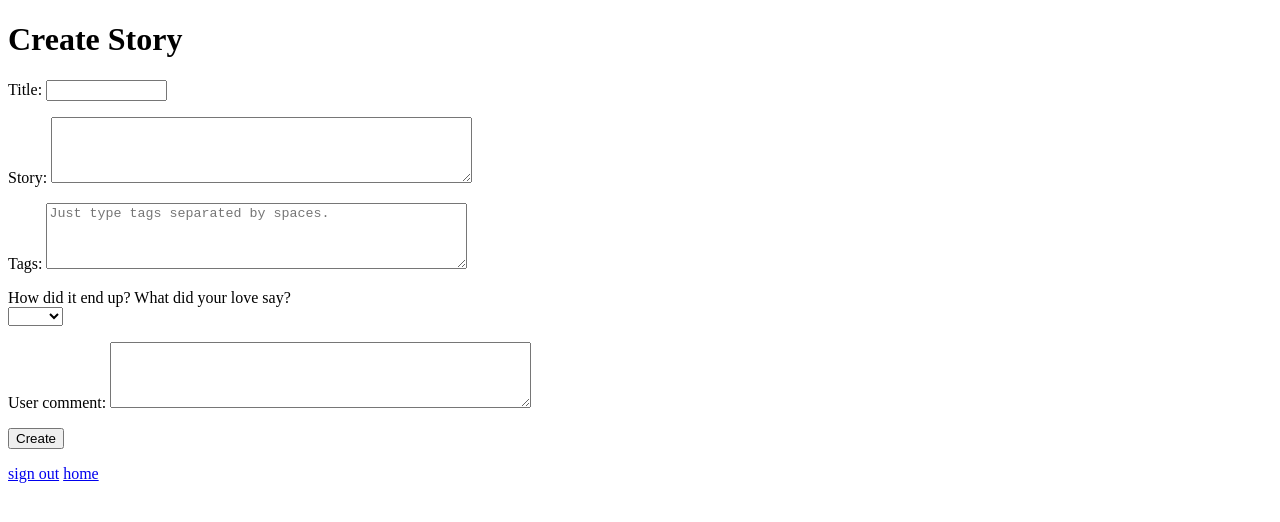
Repository: seantao97/publicProjects
Page: GuessTwoo/v8/Aptana Javascript/GuessTwooServer/views/update_conclude.html
These files come from the project's save history. The page is drawn as it stood at one moment and after the next save; the edit follows.
The browser window is 1280 px wide. The pictures show the whole page.

Above is the page before, as saved 2016-07-21 19:06:34.

### GuessTwoo/v8/Aptana Javascript/GuessTwooServer/views/update_conclude.html
<!DOCTYPE HTML PUBLIC "-//W3C//DTD HTML 4.01 Transitional//EN"
"http://www.w3.org/TR/html4/loose.dtd">
<html xmlns="http://www.w3.org/1999/xhtml">
    <head>
        <meta http-equiv="Content-Type" content="text/html; charset=utf-8" />
        <title>Create Story</title>
    </head>
    <body>
        <h1>Create Story</h1>
        <form method="post" action="/myStories/reviewStories/updateConcludeStories" id="createStoryForm" enctype="multipart/form-data" >
            <p>
                Title:
                <input type="text" name="title" id="title" size="12" maxlength=50 required="required" />
            </p>
            <p>
                Story:
                <textarea name="story" id="story" form="createStoryForm" size="12" maxlength=1000 required="required" rows="4" cols="50"></textarea>
            </p>
            <p>
                Tags:
                <textarea type="text" name="tags" id="tags" form="createStoryForm" size="12" maxlength=1000 rows="4" cols="50" placeholder="Just type tags separated by spaces." ></textarea>
            </p>
            <p>
                How did it end up? What did your love say?
                <br>
                <select>
                    <option value="Yes!!! :)">Volvo</option>
                    <option value="No... :(">Saab</option>
                    <option value="Not done yet" selected></option>
                </select>
            </p>
            <p>
                User comment:
                <textarea type="text" name="userComment" id="userComment" form="createStoryForm" size="12" maxlength=1000 rows="4" cols="50"></textarea>
            </p>
            <p>
                <input type="submit" name="createStory" id="createStory" value="Create"/>
            </p>
        </form>
        <p>
            <a href="/signout" title="sign out">sign out</a>
            <a href="/" title="home">home</a>
        </p>
    </body>
</html>

After the next save:
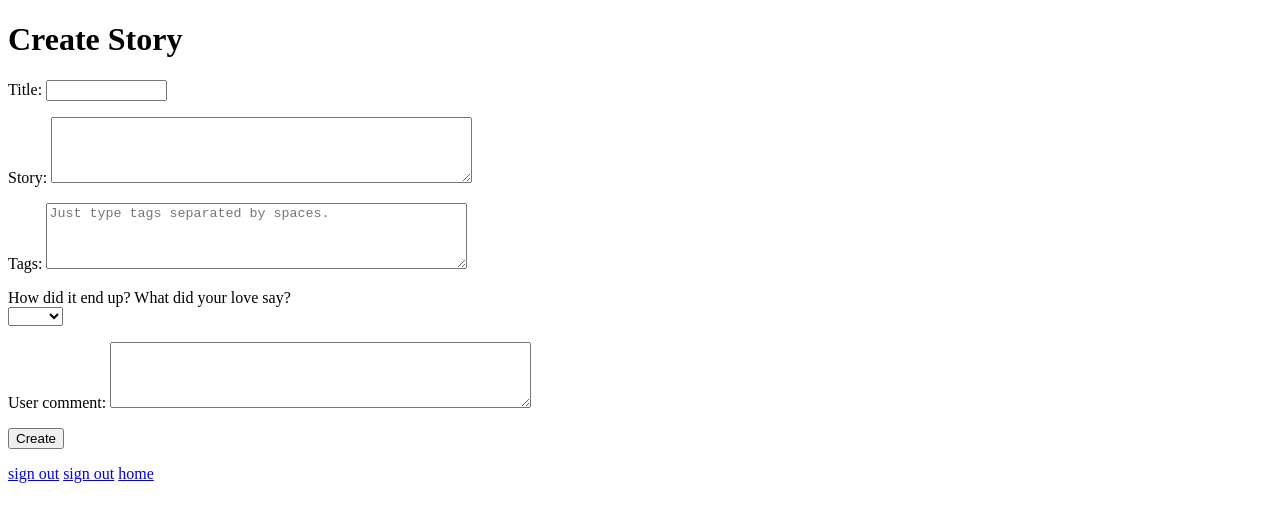
Saved 6 min 33 s later.
--- a/GuessTwoo/v8/Aptana Javascript/GuessTwooServer/views/update_conclude.html
+++ b/GuessTwoo/v8/Aptana Javascript/GuessTwooServer/views/update_conclude.html
@@ -7,37 +7,40 @@
     </head>
     <body>
         <h1>Create Story</h1>
-        <form method="post" action="/myStories/reviewStories/updateConcludeStories" id="createStoryForm" enctype="multipart/form-data" >
-            <p>
-                Title:
-                <input type="text" name="title" id="title" size="12" maxlength=50 required="required" />
-            </p>
-            <p>
-                Story:
-                <textarea name="story" id="story" form="createStoryForm" size="12" maxlength=1000 required="required" rows="4" cols="50"></textarea>
-            </p>
-            <p>
-                Tags:
-                <textarea type="text" name="tags" id="tags" form="createStoryForm" size="12" maxlength=1000 rows="4" cols="50" placeholder="Just type tags separated by spaces." ></textarea>
-            </p>
-            <p>
-                How did it end up? What did your love say?
-                <br>
-                <select>
-                    <option value="Yes!!! :)">Volvo</option>
-                    <option value="No... :(">Saab</option>
-                    <option value="Not done yet" selected></option>
-                </select>
-            </p>
-            <p>
-                User comment:
-                <textarea type="text" name="userComment" id="userComment" form="createStoryForm" size="12" maxlength=1000 rows="4" cols="50"></textarea>
-            </p>
-            <p>
-                <input type="submit" name="createStory" id="createStory" value="Create"/>
-            </p>
-        </form>
+        <div name="updateConcludeStoryDiv">
+            <form method="post" action="/myStories/reviewStories/updateConcludeStories" id="createStoryForm" enctype="multipart/form-data" >
+                <p>
+                    Title:
+                    <input type="text" name="title" id="title" size="12" maxlength=50 required="required" />
+                </p>
+                <p>
+                    Story:
+                    <textarea name="story" id="story" form="createStoryForm" size="12" maxlength=1000 required="required" rows="4" cols="50"></textarea>
+                </p>
+                <p>
+                    Tags:
+                    <textarea type="text" name="tags" id="tags" form="createStoryForm" size="12" maxlength=1000 rows="4" cols="50" placeholder="Just type tags separated by spaces." ></textarea>
+                </p>
+                <p>
+                    How did it end up? What did your love say?
+                    <br>
+                    <select>
+                        <option value="Yes!!! :)">Volvo</option>
+                        <option value="No... :(">Saab</option>
+                        <option value="Not done yet" selected></option>
+                    </select>
+                </p>
+                <p>
+                    User comment:
+                    <textarea type="text" name="userComment" id="userComment" form="createStoryForm" size="12" maxlength=1000 rows="4" cols="50"></textarea>
+                </p>
+                <p>
+                    <input type="submit" name="createStory" id="createStory" value="Create"/>
+                </p>
+            </form>
+        </div>
         <p>
+            <a href="/myStories" title="sign out">sign out</a>
             <a href="/signout" title="sign out">sign out</a>
             <a href="/" title="home">home</a>
         </p>
